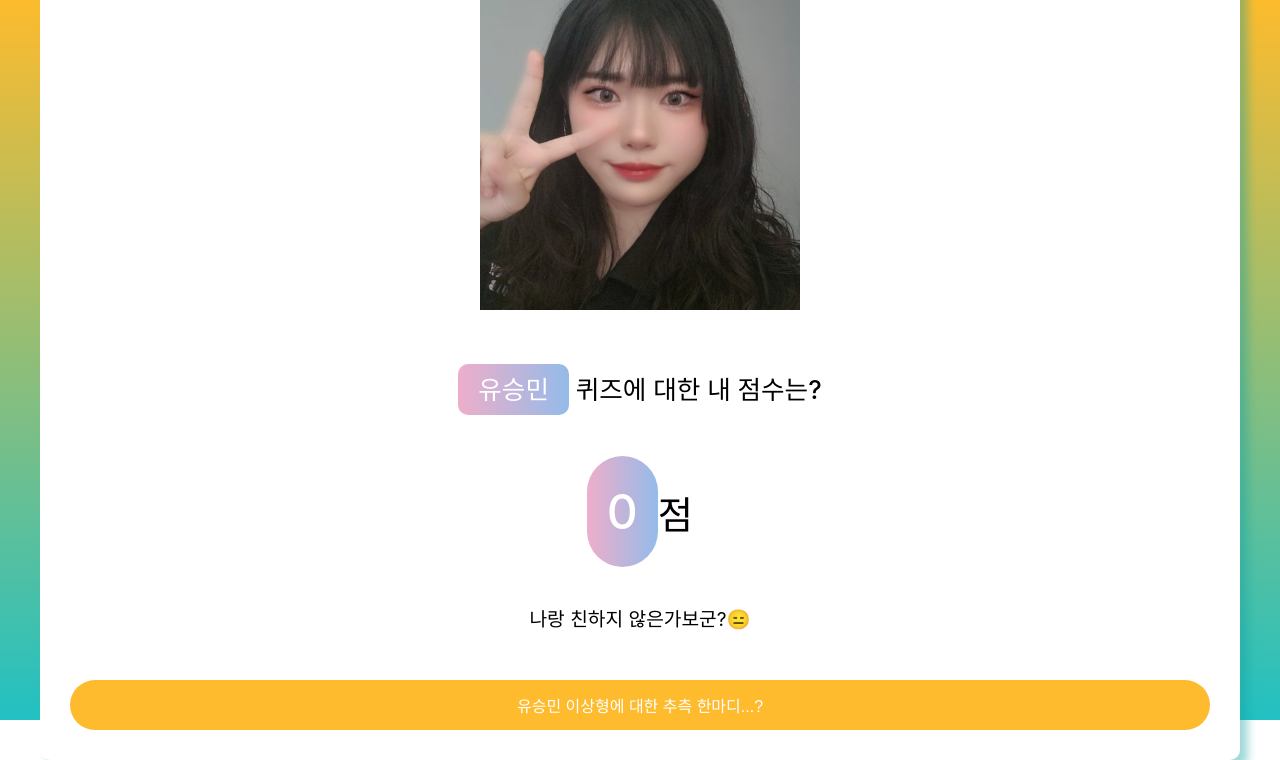
Repository: dnjfht/quiz3
Page: /score
These files come from the project's save history. The page is drawn as it stood at one moment and after the next save; the edit follows.
The browser window is 1280 px wide. The pictures show the whole page.
The project was rebuilt for these pictures with package versions that can differ from the ones it lists, and the page was loaded fresh each time. Also part of the build but not shown: src/components/Start.js, src/components/Progress.js, src/components/Quiz.js, src/components/Message.js, src/components/Ranking.js, src/components/NotPage.js.

Above is the page before, as saved 2023-04-15 23:06:29.

### src/index.js
import React from "react";
import ReactDOM from "react-dom/client";
import "./index.css";
import App from "./App";
import reportWebVitals from "./reportWebVitals";
import { BrowserRouter } from "react-router-dom";
import { Provider } from "react-redux";
import store from "./redux/config/configStore";

const root = ReactDOM.createRoot(document.getElementById("root"));
root.render(
  <Provider store={store}>
    <BrowserRouter>
      <App />
    </BrowserRouter>
  </Provider>
);

// If you want to start measuring performance in your app, pass a function
// to log results (for example: reportWebVitals(console.log))
// or send to an analytics endpoint. Learn more: https://bit.ly/CRA-vitals
reportWebVitals();

### src/index.css
body {
  margin: 0;
  font-family: -apple-system, BlinkMacSystemFont, "Segoe UI", "Roboto", "Oxygen",
    "Ubuntu", "Cantarell", "Fira Sans", "Droid Sans", "Helvetica Neue",
    sans-serif;
  -webkit-font-smoothing: antialiased;
  -moz-osx-font-smoothing: grayscale;
}

code {
  font-family: source-code-pro, Menlo, Monaco, Consolas, "Courier New",
    monospace;
}

@font-face {
  font-family: "ddalgifont";
  src: url("./fonts/고령딸기체+TTF.ttf");
}

@font-face {
  font-family: "chabfont";
  src: url("./fonts/chab.ttf");
}

@font-face {
  font-family: "ddagfont";
  src: url("./fonts/ddag.ttf");
}

### src/App.js
import styled from "styled-components";
import Router from "./shared/Router";

const Wrap = styled.div`
  width: 100%;
  height: 100vh;
  background: rgb(34, 193, 195);
  background: linear-gradient(
    0deg,
    rgba(34, 193, 195, 1) 0%,
    rgba(253, 187, 45, 1) 100%
  );

  position: relative;
`;

const ContentWrap = styled.div`
  width: 1200px;
  height: 800px;
  padding: 30px;
  box-sizing: border-box;
  background-color: white;
  border-radius: 10px;
  box-shadow: 8px 8px 8px rgba(21, 159, 161, 0.4);

  position: absolute;
  top: 50%;
  margin-top: -400px;
  left: 50%;
  margin-left: -600px;
`;

function App() {
  return (
    <Wrap>
      <ContentWrap>
        <Router />
      </ContentWrap>
    </Wrap>
  );
}

export default App;

### src/redux/config/configStore.js
import { combineReducers, createStore, applyMiddleware } from "redux";
import thunk from "redux-thunk";
import quiz from "../modules/quiz";
import rank from "../modules/rank";

const middlewares = [thunk];
// 미들웨어들도 하나로 묶어줘야 힘.

const rootReducer = combineReducers({
  quiz: quiz,
  rank: rank,
});

const enhancer = applyMiddleware(...middlewares);
// reducer 말고 옵셔널하게 추가하는 애들의 모음.
// 여기 미들웨어를 적용해 넣을 거임.

const store = createStore(rootReducer, enhancer);
export default store;

### src/shared/Router.js
import React from "react";
import { Routes, Route } from "react-router-dom";
import Start from "../components/Start";
import Quiz from "../components/Quiz";
import Score from "../components/Score";
import Message from "../components/Message";
import Ranking from "../components/Ranking";
import NotPage from "../components/NotPage";

export default function Router() {
  return (
    <>
      <Routes>
        <Route path="/" element={<Start />} />
        <Route path="/quiz" element={<Quiz />} />
        <Route path="/score" element={<Score />} />
        <Route path="/message" element={<Message />} />
        <Route path="/ranking" element={<Ranking />} />
        <Route path="*" element={<NotPage />} />
      </Routes>
    </>
  );
}

### src/redux/modules/quiz.js
// action value
const ADDUSERANSWER = "add_user_answer";
const RESETUSERANSWER = "reset_user_answer";

// action creator

export const AddUserAnswer = (payload) => {
  return {
    type: ADDUSERANSWER,
    payload: payload,
  };
};

export const ResetUserAnswer = (payload) => {
  return {
    type: RESETUSERANSWER,
    payload: payload,
  };
};

// initialState
const initialState = {
  name: "유승민",
  quiz_list: [
    {
      image: "assets/1.png",
      quiz: "승민의 mbti는 intj다?",
      answer: false,
    },
    {
      image: "assets/2.png",
      quiz: "승민은 공감을 잘해주는 사람을 좋아한다?",
      answer: true,
    },
    {
      image: "assets/3.png",
      quiz: "승민은 사람들이랑 대화하고 알아가는 것을 즐긴다?",
      answer: true,
    },
    {
      image: "assets/4.png",
      quiz: "승민은 자기개발하는걸 좋아한다?",
      answer: true,
    },
    {
      image: "assets/5.png",
      quiz: "승민의 관심있을 때 하는 행동은 선톡을 하는 것이다?",
      answer: true,
    },
    {
      image: "assets/6.png",
      quiz: "승민은 불같은 연애보다 서로 믿고 의지할 수 있는 연애를 선호한다?",
      answer: true,
    },
    {
      image: "assets/7.png",
      quiz: "승민은 계획을 세우고 차근차근 계획에 옮기는걸 선호한다?",
      answer: true,
    },
    {
      image: "assets/8.png",
      quiz: "승민은 놀이기구 타는 것을 좋아한다?",
      answer: false,
    },
    {
      image: "assets/9.png",
      quiz: "승민은 고1 때부터 흡연을 했다?",
      answer: false,
    },
    {
      image: "assets/10.png",
      quiz: "승민은 소개팅을 나간 적이 있다?",
      answer: false,
    },
    {
      image: "assets/11.png",
      quiz: "승민은 소개팅과 같은 인위적인 만남을 좋아한다?",
      answer: false,
    },
    {
      image: "assets/12.png",
      quiz: "승민은 연인과 갈등이 있을 때 대화로 푸는 것을 선호한다?",
      answer: true,
    },
    {
      image: "assets/13.png",
      quiz: "승민은 연애할 때 항상 상대방의 기분이 우선이다?",
      answer: true,
    },
    {
      image: "assets/14.png",
      quiz: "승민은 좋아하는 사람에게 선물주는 것을 좋아한다?",
      answer: true,
    },
    {
      image: "assets/15.png",
      quiz: "승민은 감수성이 풍부해서 슬픈 영화나 만화를 보고 잘 운다?",
      answer: true,
    },
    {
      image: "assets/16.png",
      quiz: "승민은 본래 무뚝뚝한 성격이다?",
      answer: true,
    },
    {
      image: "assets/17.png",
      quiz: "승민의 노래방 18번곡은 나비무덤이다?",
      answer: false,
    },
    {
      image: "assets/18.png",
      quiz: "승민은 핫플을 돌아다니면서 맛집 탐방을 하고 사진 찍는 데이트를 선호한다?",
      answer: true,
    },
    {
      image: "assets/19.png",
      quiz: "승민은 연애할 때 꽃이나 편지 받는걸 좋아한다?",
      answer: true,
    },
    {
      image: "assets/20.png",
      quiz: "승민은 번호를 따인 적이 있다?",
      answer: false,
    },
  ],
  user_answer: [],
  result_text: {
    40: "나랑 친하지 않은가보군?😑",
    60: "나랑 좀 더 친해져야겠다🙃",
    80: "내적 친밀감 80퍼센트!😎",
    100: "뭐야, 넌 내 소울메이트...!?💖",
  },
};

// reducer

const quiz = (state = initialState, action) => {
  switch (action.type) {
    case ADDUSERANSWER: {
      const newUserAnswer = [...state.user_answer, action.payload];
      return { ...state, user_answer: newUserAnswer };
    }
    case RESETUSERANSWER: {
      return { ...state, user_answer: [] };
    }
    default:
      return state;
  }
};

export default quiz;

### src/redux/modules/rank.js
import { db } from "../../firebase";
import {
  collection,
  getDocs,
  addDoc,
  doc,
  updateDoc,
  deleteDoc,
  getDoc,
} from "firebase/firestore";

// action value
const ADDUSERNAME = "add_user_name";
const GETRANK = "get_rank";
const ADDRANK = "add_rank";

// action creator
export const GetRank = (payload) => {
  return {
    type: GETRANK,
    payload: payload,
  };
};

export const AddUserName = (payload) => {
  return {
    type: ADDUSERNAME,
    payload: payload,
  };
};

export const AddRank = (payload) => {
  return {
    type: ADDRANK,
    payload: payload,
  };
};

export const loadQuizFB = () => {
  return async function (dispatch) {
    const quiz_data = await getDocs(collection(db, "quiz"));
    console.log(quiz_data);

    let quiz_list = [];

    quiz_data.forEach((doc) => {
      console.log(doc.data());
      quiz_list.push({ id: doc.id, ...doc.data() });
    });

    console.log(quiz_list);

    dispatch(GetRank(quiz_list));
  };
};

export const addQuizFB = (payload) => {
  return async function (dispatch) {
    const docRef = await addDoc(collection(db, "quiz"), payload);
    // const _quiz = await getDoc(docRef);
    // const quiz = { id: _quiz.id, ..._quiz.data() };
    // dispatch(AddRank(quiz));

    // 추가한 데이터 중 id를 가져와서 bucket_data 만들기.
    // const bucket_data = { id: docRef.id, ...payload };
    // // 마지막으로 액션 일으키기 (수정해달라고 요청)
    // dispatch(createWidget(bucket_data));
  };
};

// initialState
const initialState = {
  user_name: "",
  rank: [
    // { score: 100, name: "방가방가", comment: "다들 잘생겼다" },
    // { score: 40, name: "이하늘", comment: "너무 어려운데..." },
    // { score: 60, name: "오하요~!", comment: "잘 생긴 사람이 곧 이상형" },
  ],
};

// reducer
const rank = (state = initialState, action) => {
  switch (action.type) {
    case GETRANK: {
      console.log(action.payload);
      return { ...state, rank: action.payload };
    }
    case ADDUSERNAME: {
      return { ...state, user_name: action.payload };
    }
    case ADDRANK: {
      const new_rank_data = [...state.rank, action.payload];
      return { ...state, rank: new_rank_data };
    }
    default:
      return state;
  }
};
export default rank;

### src/components/Score.js
import React from "react";
import { useSelector } from "react-redux";
import { useNavigate } from "react-router-dom";
import styled from "styled-components";

const Wrap = styled.div`
  width: 100%;
  height: 100%;

  display: flex;
  flex-direction: column;
  align-items: center;
  justify-content: space-between;
`;

const ImgWrap = styled.img`
  width: 320px;
  height: 320px;
`;

const Title = styled.h1`
  margin-top: 40px;

  font-size: 1.6rem;
  font-weight: 500;

  & > span {
    padding: 10px 20px;
    background: rgb(238, 174, 202);
    background: linear-gradient(
      90deg,
      rgba(238, 174, 202, 1) 0%,
      rgba(148, 187, 233, 1) 100%
    );
    border-radius: 10px;

    color: white;
  }
`;

const ScoreNumber = styled.h1`
  margin-top: 40px;

  font-size: 2.4rem;
  font-weight: 500;

  & > span {
    padding: 26px 20px;
    background: rgb(238, 174, 202);
    background: linear-gradient(
      90deg,
      rgba(238, 174, 202, 1) 0%,
      rgba(148, 187, 233, 1) 100%
    );
    border-radius: 100px;

    color: white;
    font-size: 3rem;
  }
`;

const ResultText = styled.p`
  font-size: 1.2rem;
`;

const GoCommentButton = styled.button`
  width: 100%;
  height: 50px;
  margin-top: 10px;
  background: rgb(253, 187, 45);
  border: none;
  border-radius: 30px;

  color: white;
  font-size: 1rem;

  transition: all 0.5s;

  &:hover {
    background: rgb(34, 193, 195);

    cursor: pointer;
  }
`;

export default function Score() {
  const navigate = useNavigate();

  const quiz_list = useSelector((state) => state.quiz.quiz_list);
  const user_answer = useSelector((state) => state.quiz.user_answer);
  const name = useSelector((state) => state.quiz.name);
  const result_texts = useSelector((state) => state.quiz.result_text);
  console.log(result_texts);

  const random_number = Math.floor(Math.random() * 10) + 10;

  const collect_answer = user_answer.filter((answer, idx) => {
    return answer === quiz_list[idx].answer;
  }).length;

  const _score = (100 / quiz_list.length) * collect_answer;
  console.log(_score);

  const score = Math.floor(_score);

  let result_text = "";

  // [40, 60, 80 , 100]
  Object.keys(result_texts).map((r, idx) => {
    if (idx === 0) {
      result_text = result_texts[r];
    }
    result_text = parseInt(r) <= score ? result_texts[r] : result_text;
  });

  return (
    <Wrap>
      <ImgWrap
        src={process.env.PUBLIC_URL + `${quiz_list[random_number].image}`}
      />

      <Title>
        <span>{name}</span> 퀴즈에 대한 내 점수는?
      </Title>

      <ScoreNumber>
        <span>{score}</span>점
      </ScoreNumber>

      <ResultText>{result_text}</ResultText>

      <GoCommentButton
        onClick={() => {
          navigate("/message");
        }}
      >
        {name} 이상형에 대한 추측 한마디...?
      </GoCommentButton>
    </Wrap>
  );
}

### src/firebase.js
// Import the functions you need from the SDKs you need
import { initializeApp } from "firebase/app";
import { getFirestore } from "firebase/firestore";
// TODO: Add SDKs for Firebase products that you want to use
// https://firebase.google.com/docs/web/setup#available-libraries

// Your web app's Firebase configuration
// For Firebase JS SDK v7.20.0 and later, measurementId is optional
const firebaseConfig = {
  apiKey: "AIzaSyAQCzx3TeRMhfQ14uI1xPuxKIeyOukr2zs",
  authDomain: "seungmin-s-quiz2.firebaseapp.com",
  projectId: "seungmin-s-quiz2",
  storageBucket: "seungmin-s-quiz2.appspot.com",
  messagingSenderId: "764474150624",
  appId: "1:764474150624:web:e3932df48db64f86c44a85",
  measurementId: "G-NK0EYYQQFF",
};

// Initialize Firebase
const app = initializeApp(firebaseConfig);
export const db = getFirestore(app);

Loaded but not shown: public/index.html (common file); src/reportWebVitals.js (common file)

After the next save:
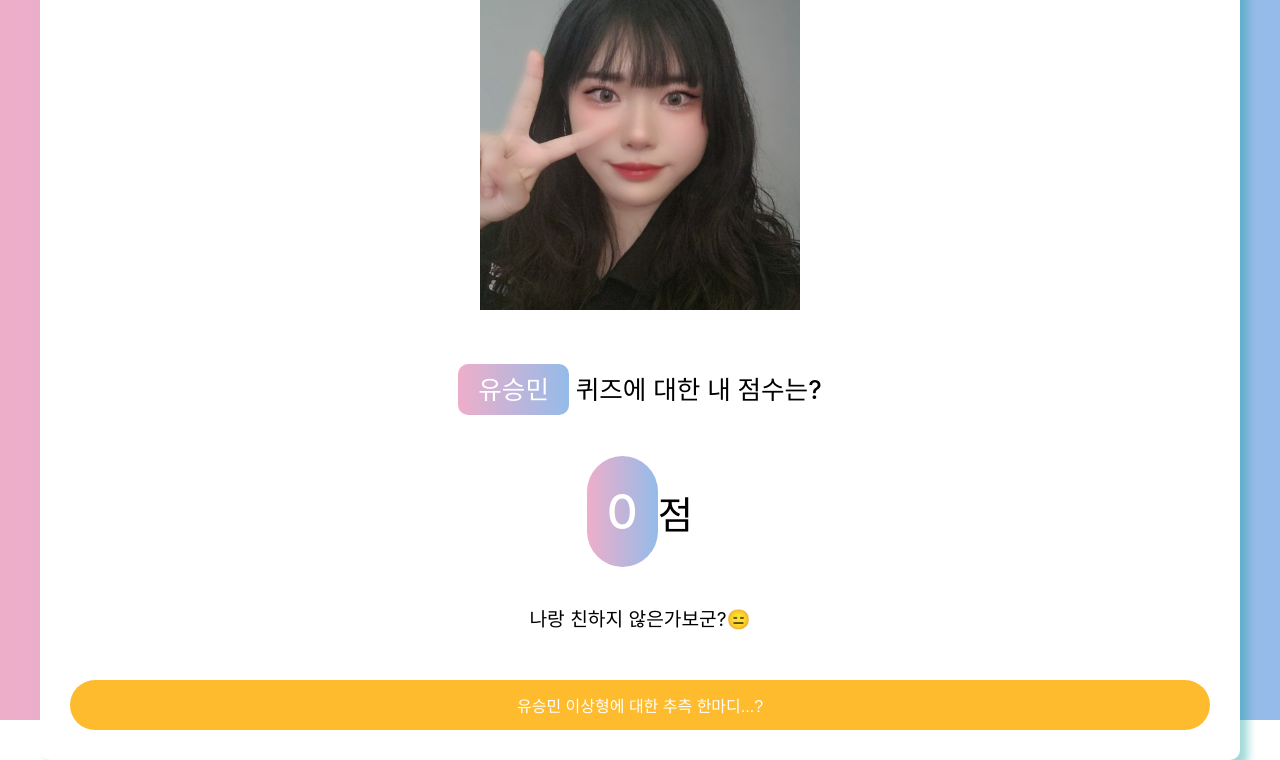
Saved 2 min 24 s later.
--- a/src/App.js
+++ b/src/App.js
@@ -4,11 +4,11 @@ import Router from "./shared/Router";
 const Wrap = styled.div`
   width: 100%;
   height: 100vh;
-  background: rgb(34, 193, 195);
+  background: rgb(238, 174, 202);
   background: linear-gradient(
-    0deg,
-    rgba(34, 193, 195, 1) 0%,
-    rgba(253, 187, 45, 1) 100%
+    90deg,
+    rgba(238, 174, 202, 1) 0%,
+    rgba(148, 187, 233, 1) 100%
   );
 
   position: relative;
